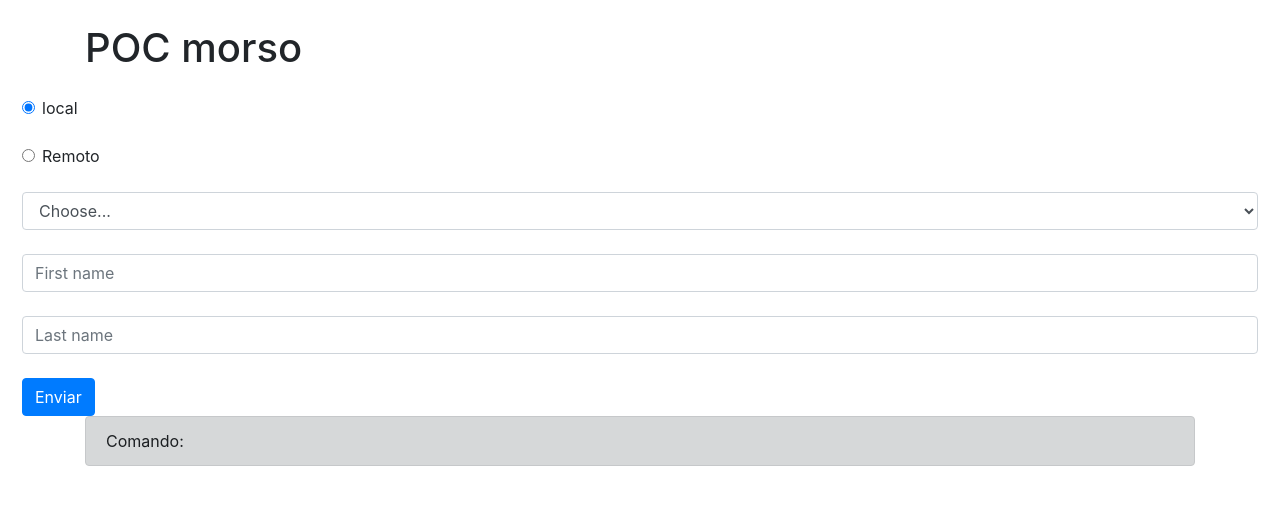
Repository: marisaoliva/poc-execute-cmd
Page: index.html
These files come from the project's save history. The page is drawn as it stood at one moment and after the next save; the edit follows.
The browser window is 1280 px wide. The pictures show the whole page.

Above is the page before, as saved 2019-03-01 15:02:03.

After the next save:
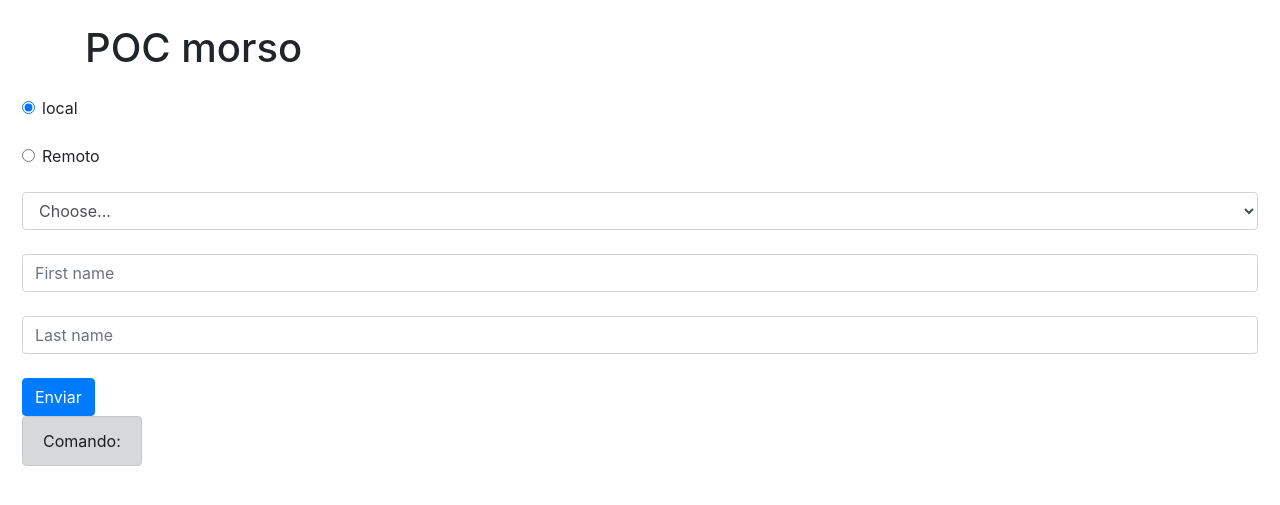
Saved 40 s later.
--- a/index.html
+++ b/index.html
@@ -34,9 +34,11 @@
                     <div class='row mt-4'>
                        <button type="button" class="btn btn-primary">Enviar</button>
                     </div>
-                </div>
-                <div class="alert alert-dark" role="alert">
-                    Comando: <span id='command'></span>
+                    <div class='row'>
+                        <div class="alert alert-dark" role="alert">
+                            Comando: <span id='command'></span>
+                        </div>
+                    </div>
                 </div>
               </form>
         </div>
